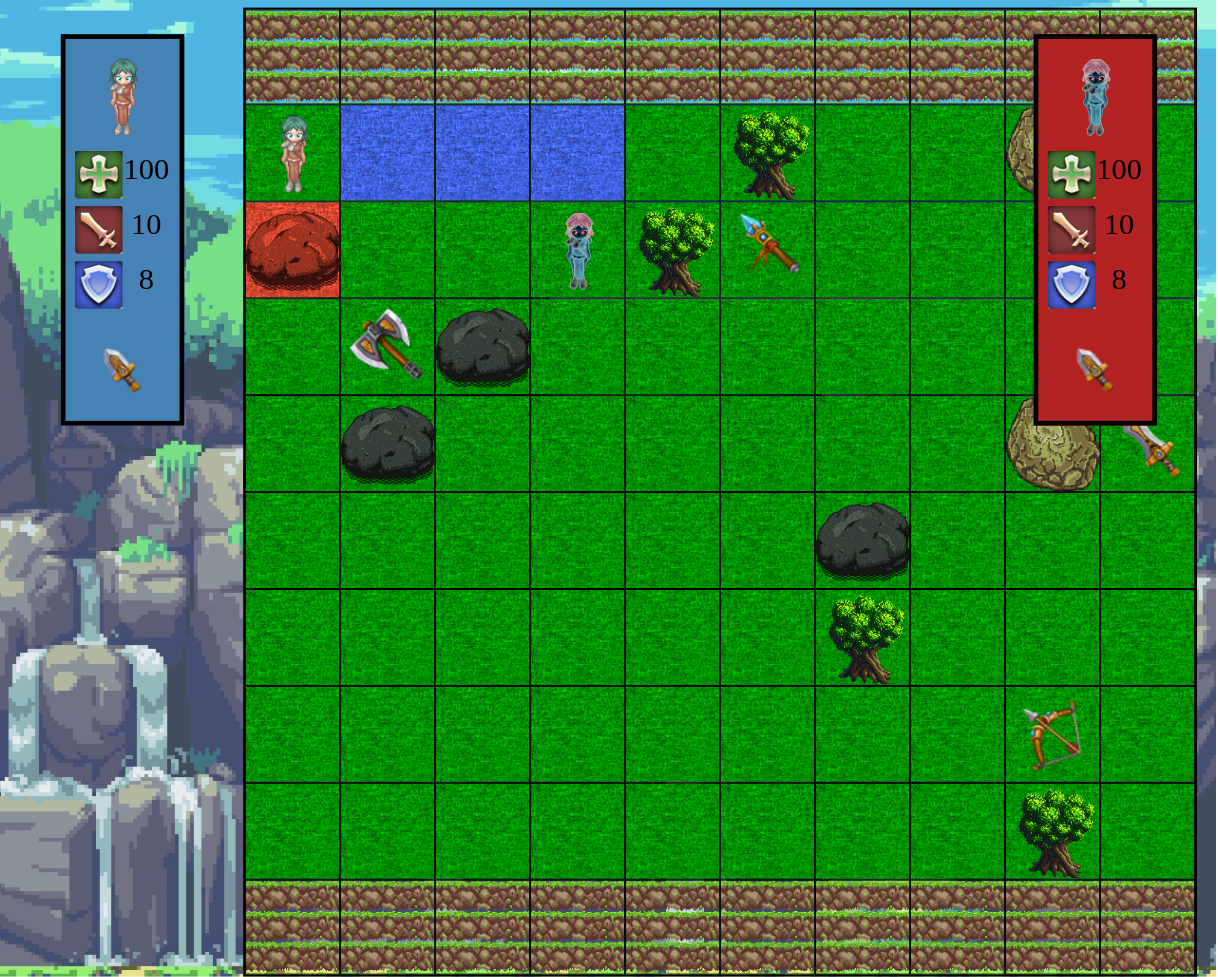
Repository: schulreich/JavaScript_boardgame
Page: index.html
The author's editor kept a copy of each file at every save. The page is drawn from the files as they stood at one save, then again after the next save.
The browser window is 1280 px wide. The page is 1280 px wide, then 1282 px, so the pictures cover 1282 px, including what lies to the right of the window. The pictures show the whole page, at 95% of full size.

Above is the page before, as saved 2020-06-20 00:11:39.

### index.html
<!DOCTYPE html>
<html lang="en">
<head>
    <meta charset="UTF-8">
    <meta name="viewport" content="width=device-width, initial-scale=1.0">
    <meta http-equiv="X-UA-Compatible" content="ie=edge">
    <link rel="stylesheet" href="css/main.css">
    <title>Document</title>
</head>
<body>

    <div id="mainBoard"></div>

    <div id="scoreBoard"></div>

    <div id="battleBoard">
        <div class="battleBoardHeader"></div>
        <div class="battleBoardBody">
            <div id="playerOneBattle" class="playerBattle">
                <div id="playerOneCharacter" class="playerBattle playerOne scoreBoardPlayer"></div>
                <div id="playerOneBtn" class="playerBtn">
                    <div id="playerOneAttackBtn" class="attacktBtn attackIcon scoreBoardLabels"></div>
                    <div id="playerOneDefenseBtn" class="defenseBtn defenseIcon scoreBoardLabels"></div>
                </div>
                <div id="playerOneWinner" class="playerWinner">Player One Won!</div>
                <div id="playerOneLog" class="playerLog"></div>
                <div class="healthBarDiv"><progress id="healthBarPlayerOne" class="healthBar" value="100" max="100"></progress></div>
            </div>
            <div id="playerTwoBattle" class="playerBattle">
                <div id="playerTwoCharacter" class="playerTwo scoreBoardPlayer"></div>
                <div id="playerTwoBtn" class="playerBtn">
                    <div id="playerTwoAttackBtn" class="attackBtn attackIcon scoreBoardLabels"></div>
                    <div id="playerTwoDefenseBtn" class="defenseBtn defenseIcon scoreBoardLabels"></div>
                </div>
                <div id="playerTwoWinner" class="playerWinner">Player Two Won!</div>
                <div id="playerTwoLog" class="playerLog"></div>
                <div class="healthBarDiv"><progress id="healthBarPlayerTwo" class="healthBar" value="100" max="100"></progress></div>
            </div>
        </div>
        <div class="battleBoardFooter">
            <div>
                <button id="newGameBtn" class="invisible" onclick="window.location.reload();">New Game</button>
            </div>
        </div>
    </div>
    <script
    src="https://code.jquery.com/jquery-3.4.1.min.js"
    integrity="sha256-CSXorXvZcTkaix6Yvo6HppcZGetbYMGWSFlBw8HfCJo="
    crossorigin="anonymous"></script>
    <script src="javascript/scoreBoard.js"></script>
    <script src="javascript/boardObstacle.js"></script>
    <script src="javascript/boardWeapon.js"></script>
    <script src="javascript/boardPlayer.js"></script>
    <script src="javascript/mainBoard.js"></script>
    <script src="javascript/main.js"></script>



</body>
</html>

### css/main.css
body{
    background-image: url(./../img/body_bg.jpg);
}

#newGameBtn{
    position: absolute;
    top: 120%;
    left: 43%;
    width: 150px;
    height: 55px;
    background-color: midnightblue;
    color: yellow;

}

.invisible{
    display: none;
}

#mainBoard{
    display: grid;
    position: absolute;
    left: 20%;
    grid-template-columns: 100px 100px 100px 100px 100px 100px 100px 100px 100px 100px ;
    grid-template-rows: repeat(10,minmax(100px,auto));
    color: #444;
    border: 2px solid black;
}

#scoreBoard{
    width : 250px;
    height : 200px;
}

.playerLog{
    position: absolute;
    top: 150px;
    left: 430px;
    width: 170px;
    height: 20px;
    color: yellow;
    font-size: x-large;
}

.cell{
    border:1px solid black;
}

.movementPossible{
    filter: sepia(100%) hue-rotate(190deg) saturate(500%);
}

.movementImpossible{
    filter: sepia(100%) hue-rotate(320deg) saturate(500%);
}

.line_block{
    background-image: url(./../img/blocks.png);
}
.line_grass{
    background-image: url(./../img/grass.png);
}

.stone{
    height: 100px;
    width: 100px;
    background-image:  url(./../img/boulder.png);
    background-size: cover;
    background-repeat: round;

}
.rock{
    height: 100px;
    width: 100px;
    background-image:  url(./../img/spr_boulder_0.png);
    background-size: cover;
    background-repeat: round;
}

.player{
    height: 100px;
    width:100px;
    background-size: auto;
}

.playerOne{
    background-image: url(./../img/graphics-sprites-WOAsprite.png);
}

.playerTwo{
    background-image: url(./../img/graphics-sprites-WOAsprite.png);
    filter: invert(100%);
}

.tree{
    background-image: url(./../img/baum.png);
    background-size: cover;
    height: 100px;
    width: 100px;
}
.axe{
    background-image: url(./../img/axeDouble2.png);
    background-size: cover;
    height: 100px;
    width:100px;
}
.sword{
    background-image: url(./../img/upg_sword.png);
    background-size: cover;
    height: 100px;
    width:100px;
}
.bow{
    background-image: url(./../img/upg_bow.png);
    background-size: cover;
    height: 100px;
    width:100px;
}
.wand{
    background-image: url(./../img/upg_wand.png);
    background-size: cover;
    height: 100px;
    width:100px;
}
.knife{
    background-image: url(./../img/upg_dagger.png);
    background-size: cover;
    height: 100px;
    width:100px;
}

#scoreBoard{
     font-size: xx-large;
}

.scoreBoardPlayer{
    display: inline-block;
    width: 100px;
    height: 100px;
}
.scoreBoardLabels{
    display: inline-block;
    width: 50px;
    height: 50px;
    background-position:center;
}
.scoreBoardValues{
    display: inline-block;
    text-align: center;
    width: 50px;
    height: 50px;
    position: absolute;
}


#playerTwoScoreBoard{
   position: absolute;
   left:85%;
   top:5%;
   padding: 10px;
   border: 5px solid black;
   background-color: firebrick;
}

#playerOneScoreBoard{
    position: absolute;
    left:5%;
    top:5%;
    padding: 10px;;
    border: 5px solid black;
    background-color: steelblue;
}

.lifeIcon{
    background-image: url(./../img/FFXIV_Healer_Icon.png);
}

.attackIcon{
    background-image: url(./../img/FFXIV_DPS_Icon.png);
}

.defenseIcon{
     background-image: url(./../img/FFXIV_Tank_Icon.png);
}

#battleBoard{
    width: 1000px;
    height: 290px;
    background-image: url(./../img/pixel-art-sun-grass-clouds-wallpaper.jpg);
    background-size: 1000px 290px;
    position: absolute;
    left: 20%;
    top: 17%;
    background-repeat: no-repeat;
    display: none;
}
#playerOneCharacter{
    position: absolute;
    top: 60%;
    left: 17%;
}

.battleBtnDisable{
    filter: sepia(0%) hue-rotate(0deg) saturate(0%);
}

#playerTwoCharacter{
    position: absolute;
    left: 72%;
    top: 60%;
}

.playerBtn{
    position: absolute;
    top: 30%;
    width:50px;
    height: 50px;
    cursor: pointer;
}
#playerOneAttackBtn{
     position: absolute;
     left:150px;
}
#playerOneDefenseBtn{
     position:absolute;
     left:230px;
}

#healthBarPlayerOne{
    position: absolute;
    top: 270px;
    left: 140px;
}
#playerTwoBtn{
    left:70%
}

#playerTwoAttackBtn{
    position: absolute;
}
#playerTwoDefenseBtn{
    position: absolute;
    left:80px;
}

#healthBarPlayerTwo{
    position: absolute;
    top: 270px;
    right: 154px;
}


.playerWinner{
    height: 100px;
    position: absolute;
    left: 376px;
    top: 83px;
    width: 233px;
    font-size: xx-large;
    padding: 14px;
}

### javascript/scoreBoard.js

let scoreBoard = function(){
    this.mainElement = null;
    this.playerElement = null;
    this.lifeElement = null;
    this.atkElement = null;
    this.defElement = null;
    this.weaponElement = null;

    /**
     * create playerElement and add class playerLabel
     */
    this.createPlayerElement = function(){
        this.playerElement = document.createElement("div");
        this.playerElement.className ="playerLabel";
    };
    /**
     * create lifeElement and classes lifePoints and scoreBoardLine
     */
    this.createLifeElement = function(){
        this.lifeElement = document.createElement("div");
        this.lifeElement.className = "lifePoints scoreBoardLine";
    };

    /**
     * create atkElement and classes atkPoints,scoreBoardLine
     */
    this.createAtkElement = function(){
        this.atkElement = document.createElement("div");
        this.atkElement.className = "atkPoints scoreBoardLine";
    }
    /**
     * create defElement and classes defPointsm scoreBoardLine
     */
    this.createDefElement = function(){
        this.defElement = document.createElement("div");
        this.defElement.className = "defPoints scoreBoardLine";
    }

    /**
     * create weaponElement and classe currentWeapon
     */
    this.createWeaponElement = function(){
        this.weaponElement = document.createElement("div");
        this.weaponElement.className = "currentWeapon";
    }

    /**
     * create scoreBoardElement and class scoreBoard
     * called methods and append them to scoreBoard element
     */
    this.createScoreBoard = function(divId){
        this.mainElement = document.createElement("div");
        this.mainElement.className = "scoreBoard";
        this.mainElement.id = divId;

        this.createPlayerElement();
        this.createLifeElement();
        this.createAtkElement();
        this.createDefElement();
        this.createWeaponElement();

        this.mainElement.appendChild(this.playerElement);
        this.mainElement.appendChild(this.lifeElement);
        this.mainElement.appendChild(this.atkElement);
        this.mainElement.appendChild(this.defElement);
        this.mainElement.appendChild(this.weaponElement);
    };

    /**
     * methods to display scoreBoardElements added classes for values and imgages
     */

    this.setPlayer = function(player){
        this.playerElement.innerHTML = "<div class='"+player+" scoreBoardPlayer'></div> ";
    }

    this.setLifePoints = function(lifePoints){
        this.lifeElement.innerHTML = "<div class='lifeIcon scoreBoardLabels'></div><div class='scoreBoardValues'>"+lifePoints+"</div>";
    };
    this.setAttack = function(damage){
        this.atkElement.innerHTML = "<div class='attackIcon scoreBoardLabels'></div><div class='scoreBoardValues'>"+damage+"</div>";
    };
    this.setDefense = function(defense){
        this.defElement.innerHTML =  "<div class='defenseIcon scoreBoardLabels'></div><div class='scoreBoardValues'>"+defense+"</div>";
    };

    this.setWeapon = function(weapon){
        this.weaponElement.appendChild(weapon.element);
    };
};

### javascript/boardObstacle.js
let BoardObstacle = function(){
    this.element = null;
    this.type = null;

    this.getCurrentLine = function(){
        return parseInt(this.element.getAttribute("lineNum"));
    };

    this.getCurrentColumn = function(){
        return parseInt(this.element.getAttribute("columnNum"));
    };

    this.setCurrentLine = function(line){
        this.element.setAttribute("lineNum", line);
    };

    this.setCurrentColumn = function(column){
        this.element.setAttribute("columnNum", column);
    };
};

### javascript/boardWeapon.js
let BoardWeapon = function(){
    this.element = null;
    this.type = null;
    this.class = null;
    this.baseDamage = null;

    this.getCurrentLine = function(){
        return parseInt(this.element.getAttribute("lineNum"));
    };

    this.getCurrentColumn = function(){
        return parseInt(this.element.getAttribute("columnNum"));
    };

    this.setCurrentLine = function(line){
        this.element.setAttribute("lineNum", line);
    };

    this.setCurrentColumn = function(column){
        this.element.setAttribute("columnNum", column);
    };

    this.setCurrentPosition = function(line,column){
        this.setCurrentLine(line);
        this.setCurrentColumn(column);
    };

    this.isAtPosition = function(line, column){
        if(
            this.getCurrentLine() == line
            && this.getCurrentColumn() == column
        ){
            return true;
        }else{
            return false;
        }
    };


};

### javascript/boardPlayer.js
let BoardPlayer = function(){
    this.element = null;
    this.scoreBoard = null;

    this.lifePoints = 100;
    this.baseDamage = 9;
    this.defense = 8;
    this.weapon = null;
    this.defenseMode = false;


    /**
     *
     *
     */
    this.getCurrentLine = function(){
        return parseInt(this.element.getAttribute("lineNum"));
    };

    this.getCurrentColumn = function(){
        return parseInt(this.element.getAttribute("columnNum"));
    };

    this.setCurrentLine = function(line){
        this.element.setAttribute("lineNum", line);
    };

    this.setCurrentColumn = function(column){
        this.element.setAttribute("columnNum", column);
    };

    this.setCurrentPosition = function(line,column){
        this.setCurrentLine(line);
        this.setCurrentColumn(column);
    };

    this.isAtPosition = function(line, column){
        if(
            this.getCurrentLine() == line
            && this.getCurrentColumn() == column
        ){
            return true;
        }else{
            return false;
        }
    };

    this.getLifePoints = function(){
        return this.lifePoints;
    };

    this.getBaseDamage = function(){
        return this.baseDamage;
    };

    this.getDamage = function(){
      return this.baseDamage + this.weapon.baseDamage;
    };

    this.receiveDamage = function(damage){
        if(this.getDefenseMode() === true){
            damage = damage - this.defense;
            if(damage < 0){
                damage = 0;
            }
        }
        if(damage > 0){
            this.lifePoints = this.lifePoints - damage;
            if(this.lifePoints < 0 ){
                this.lifePoints = 0;
            }
            this.updateScoreBoardStats();
        }
        return damage;
    };

    this.getWeapon = function(){
        return this.weapon;
    };

    this.getDefense = function(){
        return this.defense;
    };

    this.setLifePoints = function(lifePoints){
        this.lifePoints = lifePoints;
    };

    this.setBaseDamage = function(baseDamage){
        this.baseDamage = baseDamage;
    };

    this.setDefense = function(defense){
        this.defense = defense;
    };

    this.setWeapon = function(weapon){
        this.weapon = weapon;
    };

    this.createScoreBoard = function(div_id){
        this.scoreBoard = new scoreBoard();
        this.scoreBoard.createScoreBoard(div_id);
        this.updateScoreBoardStats();
    };

    this.getScoreBoardElement = function(){
        return this.scoreBoard.mainElement;
    };

    this.updateScoreBoardStats = function(){
        this.scoreBoard.setLifePoints(this.lifePoints);
        this.scoreBoard.setAttack(this.getDamage());
        this.scoreBoard.setDefense(this.defense);
        this.scoreBoard.setWeapon(this.weapon);
    };

    this.getDefenseMode = function(){
        return this.defenseMode;
    };

    this.setDefenseMode = function(enabled){
        if(enabled === true){
            this.defenseMode = true;
            console.log("defense enabled");
        }else{
            this.defenseMode = false;
            console.log("defense disabled");
        }
    };

    this.checkStillAlive = function(){
        if(this.lifePoints > 0){
            return true;
        }else{
            return false;
        }
    };
};

### javascript/main.js
let myMainBoard = new MainBoard();
myMainBoard.setup();
myMainBoard.start();

Loaded but not shown: javascript/mainBoard.js (933 lines, source omitted)

After the next save:
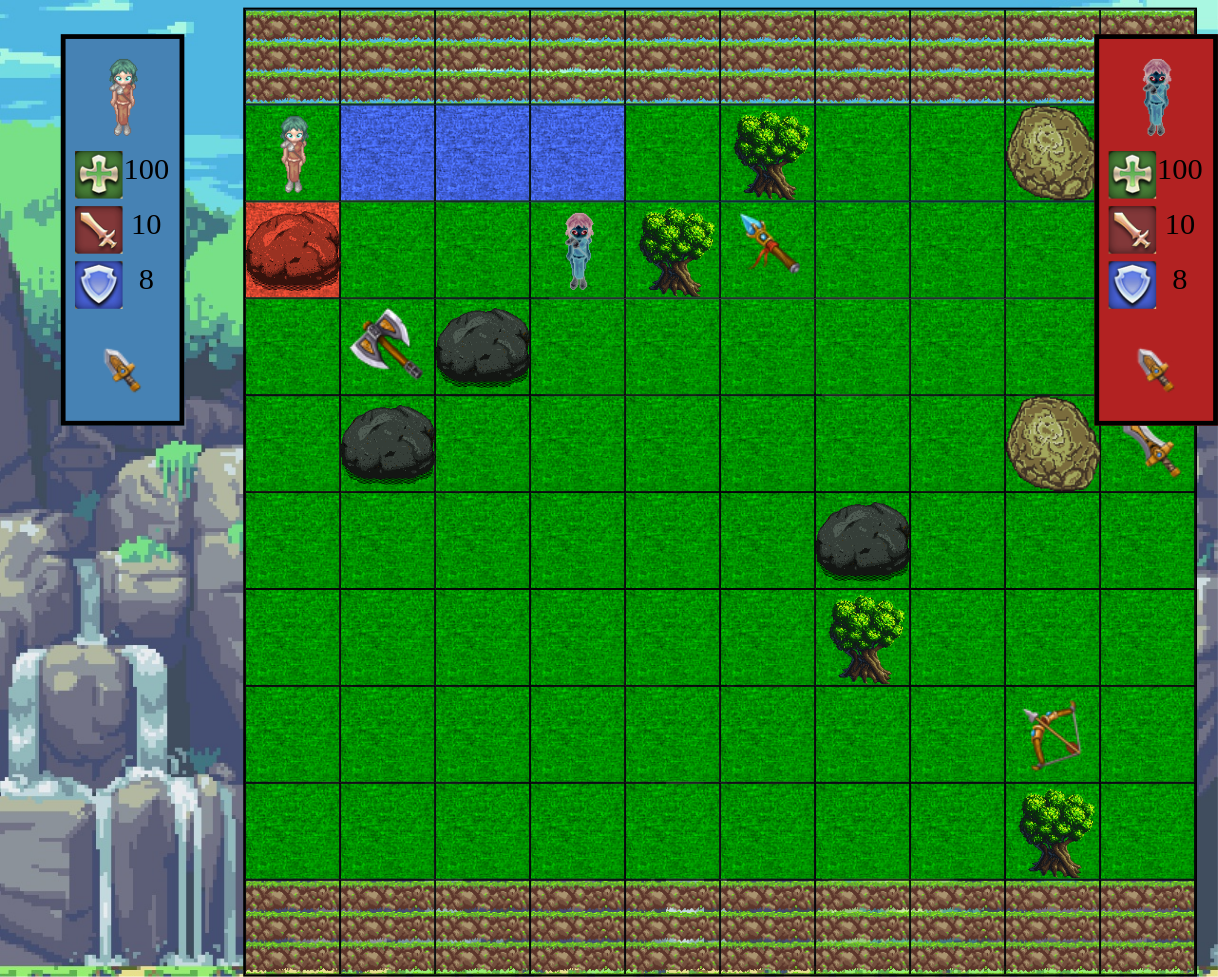
Saved 2 min 20 s later.
--- a/css/main.css
+++ b/css/main.css
@@ -155,7 +155,7 @@ body{
 
 #playerTwoScoreBoard{
    position: absolute;
-   left:85%;
+   left:90%;
    top:5%;
    padding: 10px;
    border: 5px solid black;
